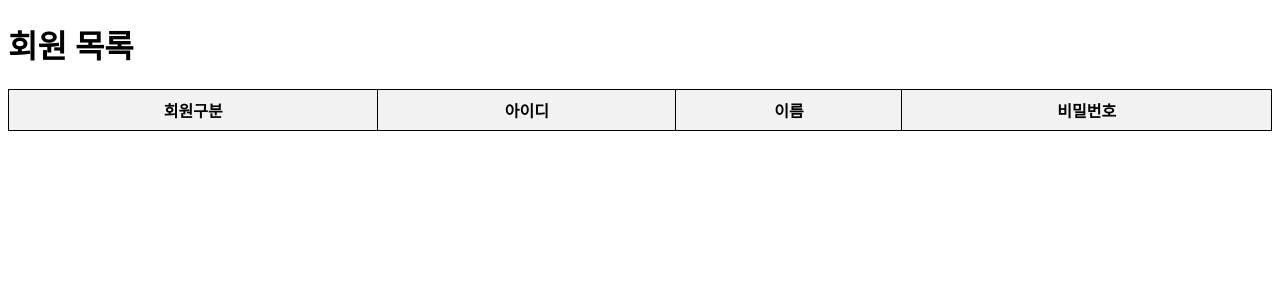
Repository: sangpyolee0/zerobase_task
Page: http://localhost/jsp-study/list.jsp
The author's editor kept a copy of each file at every save. The page is drawn from the files as they stood at one save, then again after the next save.
The browser window is 1280 px wide. The pictures show the whole page.
The page is served by Tomcat 9. Other server files are loaded and not shown. Queries for data that is not in the repository find no rows.

Above is the page before, as saved 2024-12-07 08:19:04.

### jsp-study/src/main/webapp/list.jsp
<%@page import="db.Member"%>
<%@page import="java.util.List"%>
<%@page import="db.MemberService"%>
<%@ page language="java" contentType="text/html; charset=UTF-8"
    pageEncoding="UTF-8"%>
<!DOCTYPE html>
<html>
<head>
<meta charset="UTF-8">
<title>회원 목록</title>
<style>
/* 테이블 스타일 */
table {
    width: 100%;
    border-collapse: collapse; /* 테두리가 겹치지 않게 설정 */
}

/* 테두리 설정 */
th, td {
    border: 1px solid #000; /* 검은색 테두리 */
    text-align: center; /* 텍스트 가운데 정렬 */
    padding: 8px; /* 내용 여백 */
}

/* 헤더 스타일 */
thead th {
    background-color: #f2f2f2; /* 연한 회색 배경 */
    font-weight: bold;
}
</style>
</head>
<body>
    <%
    MemberService memberService = new MemberService();
    List<Member> memberList = memberService.list();
    %>

    <h1>회원 목록</h1>
    <table>
        <thead>
            <tr>
                <th>회원구분</th>
                <th>아이디</th>
                <th>이름</th>
                <th>비밀번호</th>
            </tr>
        </thead>
        <tbody>
            <%
            for (Member member : memberList) {
            %>
            <tr>
                <td><%= member.getMemberType() %></td>
                <td>
                    <a href="detail.jsp?memberType=<%= member.getMemberType() %>&userId=<%= member.getUserId() %>">
                        <%= member.getUserId() %>
                    </a>
                </td>
                <td><%= member.getName() %></td>
                <td><%= member.getPassword() %></td>
            </tr>
            <%
            }
            %>
        </tbody>
    </table>
</body>
</html>

### jsp-study/src/main/java/db/MemberService.java
package db;

import java.sql.*;
import java.util.ArrayList;
import java.util.List;

public class MemberService {


    public List<Member> list() {

    	List<Member> memberList = new ArrayList<>();

        //접속 필요 5개
        // 1. ip(domain)
        // 2. port
        // 3. 계정
        // 4. 패스워드
        // 5. 인스턴스

        String url = "jdbc:mariadb://172.26.180.80:3306/testdb3";
        String dbUserId = "testuser3";
        String dbPassword = "zerobase";


        //접속 순서
        //1. 드라이버로드 //예외처리 방법, 감당 가능하면 처리 try catch 안되면 throws

        try {
            Class.forName("org.mariadb.jdbc.Driver");
        } catch (ClassNotFoundException e) {
            e.printStackTrace();
        }
        //2. 커넥션 객체 생성


        Connection connection = null;
        Statement statement = null;
        ResultSet rs = null;
        PreparedStatement preparedStatement = null;

        String memberTypeValue = "email";

        try {
            connection = DriverManager.getConnection(url, dbUserId, dbPassword);

//3. 스테이트먼트 객체 생성  파라미터 이슈 때문에 보통 PreparedStatement  사용

            preparedStatement = null;
            //   CallableStatement callableStatement = null;
//               statement = connection.createStatement();

              /* String sql = " select member_type, user_id, password, name " +
                            " from MEMBER " +
                            " where member_type = '" + memberTypeValue +"' ";*/
            // PreparedStatement 로 할 경우 위 커넥션 위치가 아니고 이 다음에 설정. 그리고 memberTypeValu 자리에 ? 넣기
            String sql = " select member_type, user_id, password, name " +
                    " from MEMBER " +
                    " where member_type = ? ";

            preparedStatement = connection.prepareStatement(sql);
            preparedStatement.setString(1, memberTypeValue);

            //4. 쿼리 실행
//               rs = statement.executeQuery(sql);
            // PreparedStatement 로 할 경우
            rs = preparedStatement.executeQuery();
            //5. 결과 수행
            while (rs.next()) {
                String memberType = rs.getString("member_type");
                String userId = rs.getString("user_id");
                String password = rs.getString("password");
                String name = rs.getString("name");

                Member member = new Member();
                member.setMemberType(memberTypeValue);
                member.setUserId(userId);
                member.setName(name);
                member.setPassword(password);

                memberList.add(member);


                System.out.println(memberType + ", " + userId + ", " + password + ", " + name);
            }

        } catch (SQLException e) {
            e.printStackTrace();
        }
        //5. 객체 연결 해체(close)
        finally {

            try {
                if (rs != null && !rs.isClosed()) {
                    rs.close();
                }
            } catch (SQLException e) {
                throw new RuntimeException(e);
            }

            try {
                if (preparedStatement != null && !preparedStatement.isClosed()) {
                    preparedStatement.close();
                }
            } catch (SQLException e) {
                throw new RuntimeException(e);
            }

            try {
                if (connection != null && !connection.isClosed()) {
                    connection.close();
                }
            } catch (SQLException e) {
                throw new RuntimeException(e);
            }

        }

        return memberList;

    }

public Member detail(String memberType, String userId) {

    	Member member = null;

        //접속 필요 5개
        // 1. ip(domain)
        // 2. port
        // 3. 계정
        // 4. 패스워드
        // 5. 인스턴스

        String url = "jdbc:mariadb://172.26.180.80:3306/testdb3";
        String dbUserId = "testuser3";
        String dbPassword = "zerobase";


        //접속 순서
        //1. 드라이버로드 //예외처리 방법, 감당 가능하면 처리 try catch 안되면 throws

        try {
            Class.forName("org.mariadb.jdbc.Driver");
        } catch (ClassNotFoundException e) {
            e.printStackTrace();
        }
        //2. 커넥션 객체 생성


        Connection connection = null;
        Statement statement = null;
        ResultSet rs = null;
        PreparedStatement preparedStatement = null;


        try {
            connection = DriverManager.getConnection(url, dbUserId, dbPassword);

//3. 스테이트먼트 객체 생성  파라미터 이슈 때문에 보통 PreparedStatement  사용

            preparedStatement = null;
            //   CallableStatement callableStatement = null;
//               statement = connection.createStatement();

              /* String sql = " select member_type, user_id, password, name " +
                            " from MEMBER " +
                            " where member_type = '" + memberTypeValue +"' ";*/
            // PreparedStatement 로 할 경우 위 커넥션 위치가 아니고 이 다음에 설정. 그리고 memberTypeValu 자리에 ? 넣기
            String sql = " select m.member_type, m.user_id, m.password, m.name "
            		+ " ,md.marketing_yn "
            		+ " ,md.register_date "
            		+ " ,md.mobile_no "
            		+ " from MEMBER m "
            		+ " left join member_detail md on md.member_type = m.member_type and m.user_id = md.user_id "
            		+ " where m.member_type =? and m.user_id =? ";

            preparedStatement = connection.prepareStatement(sql);
            preparedStatement.setString(1, memberType);
            preparedStatement.setString(2, userId);

            //4. 쿼리 실행
//               rs = statement.executeQuery(sql);
            // PreparedStatement 로 할 경우
            rs = preparedStatement.executeQuery();
            //5. 결과 수행
            if (rs.next()) {
            	member = new Member();

                member.setMemberType(rs.getString("member_type"));
                member.setUserId(rs.getString("user_id"));
                member.setName(rs.getString("password"));
                member.setPassword(rs.getString("name"));
                member.setMobileNo(rs.getString("mobile_no"));
                member.setMarketingYN(rs.getBoolean("marketing_yn"));
                member.setRegisterDate(rs.getDate("register_date"));

                        }

        } catch (SQLException e) {
            e.printStackTrace();
        }
        //5. 객체 연결 해체(close)
        finally {

            try {
                if (rs != null && !rs.isClosed()) {
                    rs.close();
                }
            } catch (SQLException e) {
                throw new RuntimeException(e);
            }

            try {
                if (preparedStatement != null && !preparedStatement.isClosed()) {
                    preparedStatement.close();
                }
            } catch (SQLException e) {
                throw new RuntimeException(e);
            }

            try {
                if (connection != null && !connection.isClosed()) {
                    connection.close();
                }
            } catch (SQLException e) {
                throw new RuntimeException(e);
            }

        }

        return member;

    }


    public void register(Member member) {

        //접속 필요 5개
        // 1. ip(domain)
        // 2. port
        // 3. 계정
        // 4. 패스워드
        // 5. 인스턴스

        String url = "jdbc:mariadb://172.26.180.80:3306/testdb3";
        String dbUserId = "testuser3";
        String dbPassword = "zerobase";


        //접속 순서
        //1. 드라이버로드 //예외처리 방법, 감당 가능하면 처리 try catch 안되면 throws

        try {
            Class.forName("org.mariadb.jdbc.Driver");
        } catch (ClassNotFoundException e) {
            e.printStackTrace();
        }
        //2. 커넥션 객체 생성


        Connection connection = null;
        Statement statement = null;
        ResultSet rs = null;
        PreparedStatement preparedStatement = null;


        try {
            connection = DriverManager.getConnection(url, dbUserId, dbPassword);

//3. 스테이트먼트 객체 생성  파라미터 이슈 때문에 보통 PreparedStatement  사용

            preparedStatement = null;
            //   CallableStatement callableStatement = null;
//               statement = connection.createStatement();

              /* String sql = " select member_type, user_id, password, name " +
                            " from MEMBER " +
                            " where member_type = '" + memberTypeValue +"' ";*/
            // PreparedStatement 로 할 경우 위 커넥션 위치가 아니고 이 다음에 설정. 그리고 memberTypeValu 자리에 ? 넣기
            String sql = " insert into MEMBER (member_type, user_id, name, password) " +
                        " values (?, ? ,? ,?) ";

            preparedStatement = connection.prepareStatement(sql);
            preparedStatement.setString(1, member.getMemberType());
            preparedStatement.setString(2, member.getUserId());
            preparedStatement.setString(3, member.getName());
            preparedStatement.setString(4, member.getPassword());


            //4. 쿼리 실행
//               rs = statement.executeQuery(sql);
            // PreparedStatement 로 할 경우
            int affected = preparedStatement.executeUpdate();

            if (affected > 0) {
                System.out.println(" 저장 성공 ");
            } else {
                System.out.println(" 저장 실패 ");
            }

        } catch (SQLException e) {
            e.printStackTrace();
        }
        //5. 객체 연결 해체(close)
        finally {

            try {
                if (rs != null && !rs.isClosed()) {
                    rs.close();
                }
            } catch (SQLException e) {
                throw new RuntimeException(e);
            }

            try {
                if (preparedStatement != null && !preparedStatement.isClosed()) {
                    preparedStatement.close();
                }
            } catch (SQLException e) {
                throw new RuntimeException(e);
            }

            try {
                if (connection != null && !connection.isClosed()) {
                    connection.close();
                }
            } catch (SQLException e) {
                throw new RuntimeException(e);
            }

        }




    }

    public void dbUpdate(String memberType, String userId,String password) {

        //접속 필요 5개
        // 1. ip(domain)
        // 2. port
        // 3. 계정
        // 4. 패스워드
        // 5. 인스턴스

        String url = "jdbc:mariadb://172.26.180.80:3306/testdb3";
        String dbUserId = "testuser3";
        String dbPassword = "zerobase";


        //접속 순서
        //1. 드라이버로드 //예외처리 방법, 감당 가능하면 처리 try catch 안되면 throws

        try {
            Class.forName("org.mariadb.jdbc.Driver");
        } catch (ClassNotFoundException e) {
            e.printStackTrace();
        }
        //2. 커넥션 객체 생성


        Connection connection = null;
        Statement statement = null;
        ResultSet rs = null;
        PreparedStatement preparedStatement = null;

        try {
            connection = DriverManager.getConnection(url, dbUserId, dbPassword);

//3. 스테이트먼트 객체 생성  파라미터 이슈 때문에 보통 PreparedStatement  사용

            preparedStatement = null;
            //   CallableStatement callableStatement = null;
//               statement = connection.createStatement();

              /* String sql = " select member_type, user_id, password, name " +
                            " from MEMBER " +
                            " where member_type = '" + memberTypeValue +"' ";*/
            // PreparedStatement 로 할 경우 위 커넥션 위치가 아니고 이 다음에 설정. 그리고 memberTypeValu 자리에 ? 넣기
            String sql = " update MEMBER set " +
                                " password = ? " +
                            " where member_type = ? and user_id = ? " ;

            preparedStatement = connection.prepareStatement(sql);
            preparedStatement.setString(2, memberType);
            preparedStatement.setString(3, userId);
            preparedStatement.setString(1, password);


            //4. 쿼리 실행
//               rs = statement.executeQuery(sql);
            // PreparedStatement 로 할 경우
            int affected = preparedStatement.executeUpdate();

            if (affected > 0) {
                System.out.println(" 수정 성공 ");
            } else {
                System.out.println(" 수정 실패 ");
            }

        } catch (SQLException e) {
            e.printStackTrace();
        }
        //5. 객체 연결 해체(close)
        finally {

            try {
                if (rs != null && !rs.isClosed()) {
                    rs.close();
                }
            } catch (SQLException e) {
                throw new RuntimeException(e);
            }

            try {
                if (preparedStatement != null && !preparedStatement.isClosed()) {
                    preparedStatement.close();
                }
            } catch (SQLException e) {
                throw new RuntimeException(e);
            }

            try {
                if (connection != null && !connection.isClosed()) {
                    connection.close();
                }
            } catch (SQLException e) {
                throw new RuntimeException(e);
            }

        }



    }

    public void withdraw(Member member) {

        //접속 필요 5개
        // 1. ip(domain)
        // 2. port
        // 3. 계정
        // 4. 패스워드
        // 5. 인스턴스

        String url = "jdbc:mariadb://172.26.180.80:3306/testdb3";
        String dbUserId = "testuser3";
        String dbPassword = "zerobase";


        //접속 순서
        //1. 드라이버로드 //예외처리 방법, 감당 가능하면 처리 try catch 안되면 throws

        try {
            Class.forName("org.mariadb.jdbc.Driver");
        } catch (ClassNotFoundException e) {
            e.printStackTrace();
        }
        //2. 커넥션 객체 생성


        Connection connection = null;
        Statement statement = null;
        ResultSet rs = null;
        PreparedStatement preparedStatement = null;




        try {
            connection = DriverManager.getConnection(url, dbUserId, dbPassword);

//3. 스테이트먼트 객체 생성  파라미터 이슈 때문에 보통 PreparedStatement  사용

            preparedStatement = null;
            //   CallableStatement callableStatement = null;
//               statement = connection.createStatement();

              /* String sql = " select member_type, user_id, password, name " +
                            " from MEMBER " +
                            " where member_type = '" + memberTypeValue +"' ";*/
            // PreparedStatement 로 할 경우 위 커넥션 위치가 아니고 이 다음에 설정. 그리고 memberTypeValu 자리에 ? 넣기
            String sql = " delete from MEMBER " +
                            " where member_type = ? and user_id = ? " ;

            preparedStatement = connection.prepareStatement(sql);
            preparedStatement.setString(1, member.getMemberType());
            preparedStatement.setString(2, member.getUserId());



            //4. 쿼리 실행
//               rs = statement.executeQuery(sql);
            // PreparedStatement 로 할 경우
            int affected = preparedStatement.executeUpdate();

            if (affected > 0) {
                System.out.println(" 삭제 성공 ");
            } else {
                System.out.println(" 삭제 실패 ");
            }

        } catch (SQLException e) {
            e.printStackTrace();
        }
        //5. 객체 연결 해체(close)
        finally {

            try {
                if (rs != null && !rs.isClosed()) {
                    rs.close();
                }
            } catch (SQLException e) {
                throw new RuntimeException(e);
            }

            try {
                if (preparedStatement != null && !preparedStatement.isClosed()) {
                    preparedStatement.close();
                }
            } catch (SQLException e) {
                throw new RuntimeException(e);
            }

            try {
                if (connection != null && !connection.isClosed()) {
                    connection.close();
                }
            } catch (SQLException e) {
                throw new RuntimeException(e);
            }

        }



    }
}

After the next save:
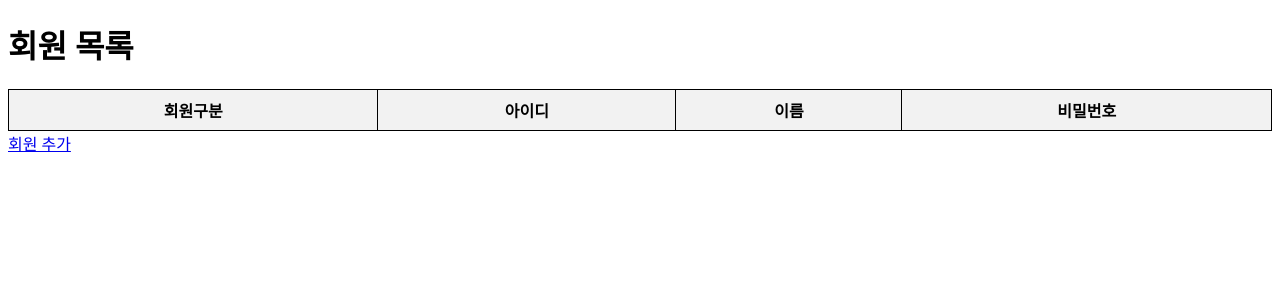
Saved 2 min 15 s later.
--- a/jsp-study/src/main/webapp/list.jsp
+++ b/jsp-study/src/main/webapp/list.jsp
@@ -64,5 +64,9 @@ thead th {
             %>
         </tbody>
     </table>
+
+    <div>
+    	<a href ="add.jsp"> 회원 추가 </a>
+    	</div>
 </body>
 </html>
